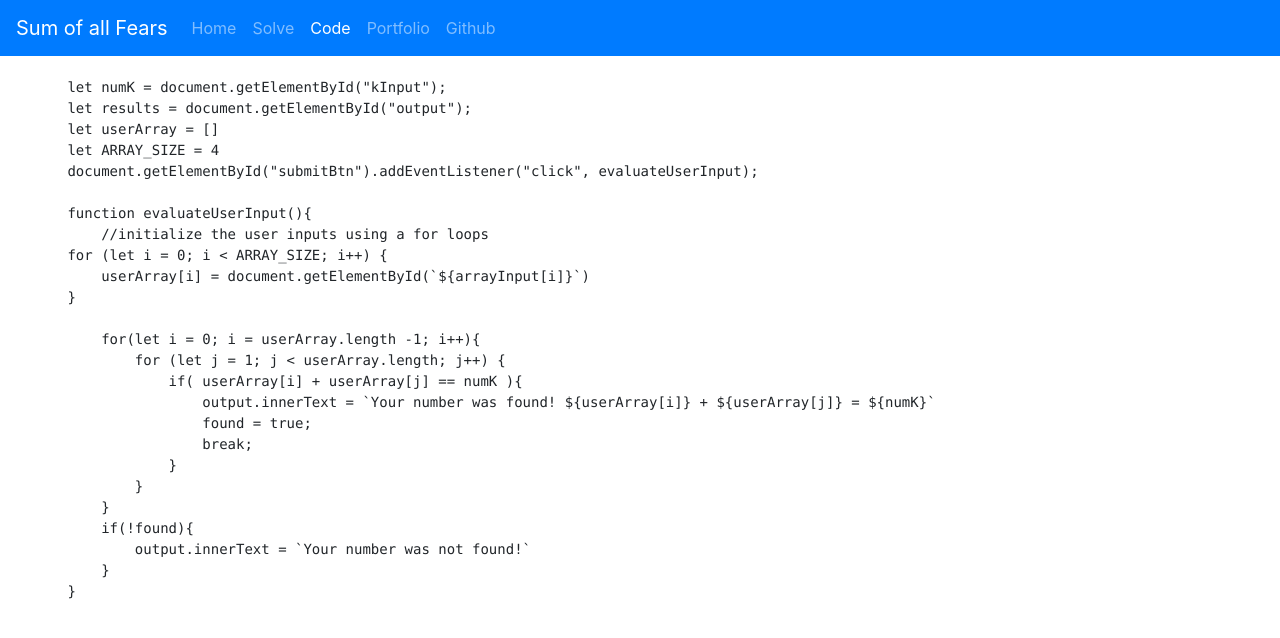
Repository: zhadjah9559/BrainBufferOverflow
Page: code.html
These files come from the project's save history. The page is drawn as it stood at one moment and after the next save; the edit follows.
The browser window is 1280 px wide. The pictures show the whole page.

Above is the page before, as saved 2021-01-18 00:55:35.

After the next save:
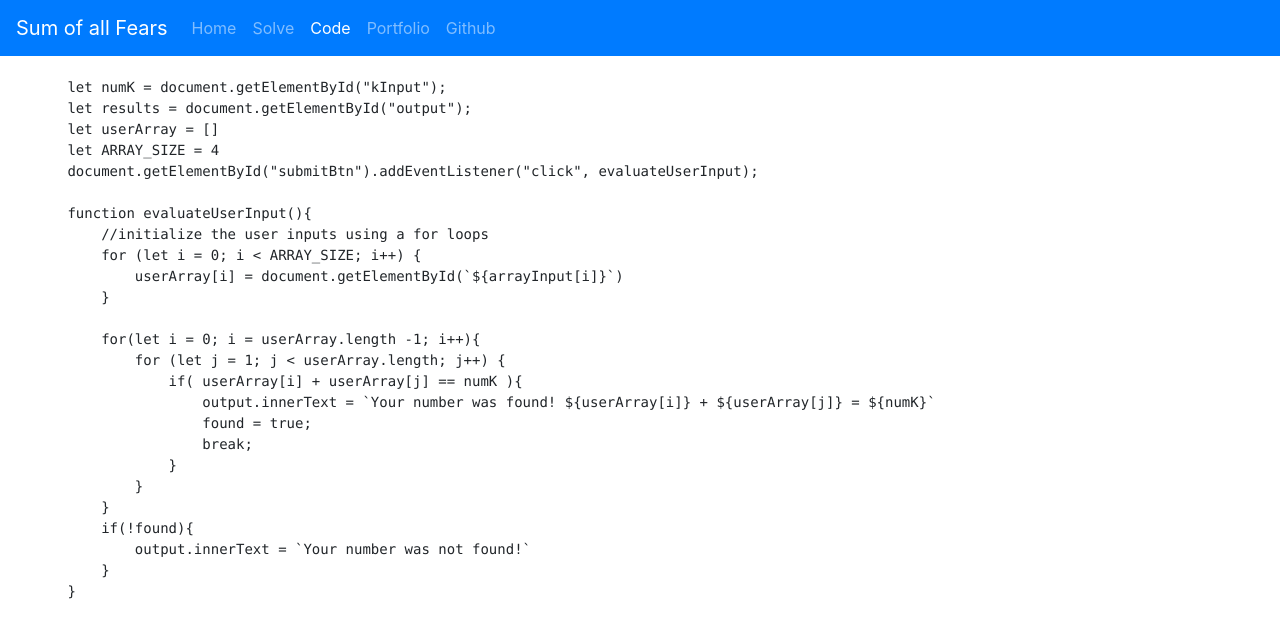
Saved 4 s later.
--- a/code.html
+++ b/code.html
@@ -47,9 +47,9 @@
 
         function evaluateUserInput(){
             //initialize the user inputs using a for loops
-        for (let i = 0; i < ARRAY_SIZE; i++) {
-            userArray[i] = document.getElementById(`${arrayInput[i]}`)
-        }
+            for (let i = 0; i < ARRAY_SIZE; i++) {
+                userArray[i] = document.getElementById(`${arrayInput[i]}`)
+            }
 
             for(let i = 0; i = userArray.length -1; i++){
                 for (let j = 1; j < userArray.length; j++) {
